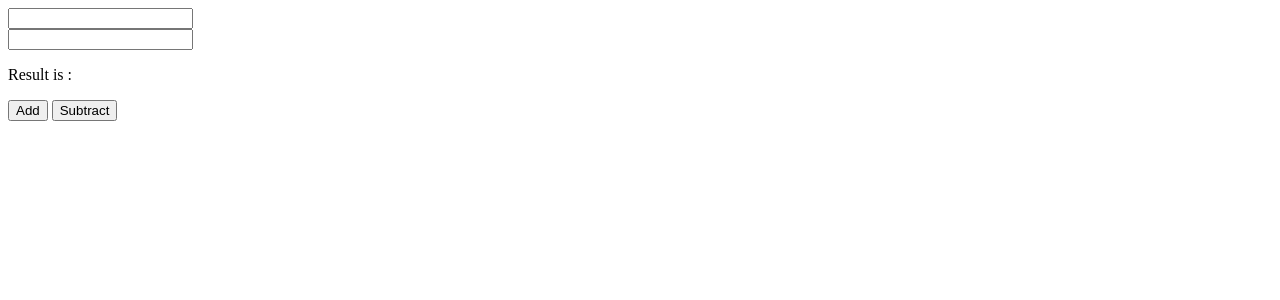
Repository: SHASHIDHAR-as/Spring
Page: spring-jsp-servelets/webapp/Webapp1/src/main/webapp/Calculator.html
An editor plug-in stored every save of this project. The page is shown before and after the next save, followed by the edit.
The browser window is 1280 px wide. The pictures show the whole page.

Above is the page before, as saved 2024-07-31 05:14:38.

After the next save:
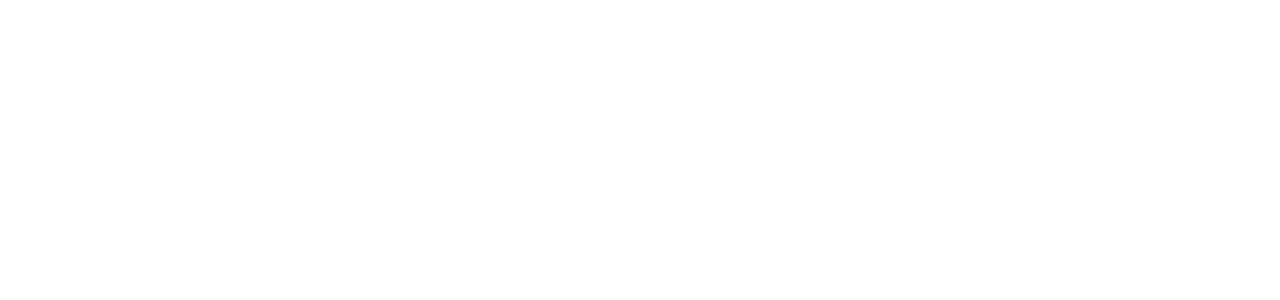
Saved 110 s later.
--- a/spring-jsp-servelets/webapp/Webapp1/src/main/webapp/Calculator.html
+++ b/spring-jsp-servelets/webapp/Webapp1/src/main/webapp/Calculator.html
@@ -3,20 +3,7 @@
 <head>
 <meta charset="UTF-8">
 <title>Calculator</title>
-<script>
-function add(){
-    var num1 = parseFloat(document.getElementById("num1").value);
-    var num2 = parseFloat(document.getElementById("num2").value);
-    document.getElementById("result").innerHTML=" Result is :"+(num1+num2);
-    alert(num1 + num2);
-}
-function sub(){
-    var num1 = parseFloat(document.getElementById("num1").value);
-    var num2 = parseFloat(document.getElementById("num2").value);
-    document.getElementById("result").innerHTML=" Result is :"+(num1-num2);
-    alert(num1 - num2);
-}
-</script>
+<script src="Scripts/calcscript.js></script>
 </head>
 <body>
 <input type="text" id="num1"><br>

After the save that followed:
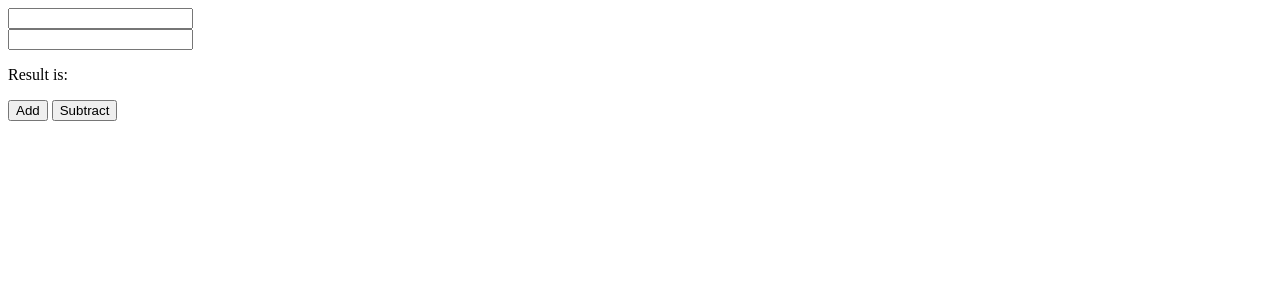
Saved 75 s later.
--- a/spring-jsp-servelets/webapp/Webapp1/src/main/webapp/Calculator.html
+++ b/spring-jsp-servelets/webapp/Webapp1/src/main/webapp/Calculator.html
@@ -3,12 +3,12 @@
 <head>
 <meta charset="UTF-8">
 <title>Calculator</title>
-<script src="Scripts/calcscript.js></script>
+<script src="Scripts/calcscript.js"></script>
 </head>
 <body>
 <input type="text" id="num1"><br>
 <input type="text" id="num2"><br>
-<p id="result">Result is :</p>
+<p id="result">Result is: </p>
 <button onclick="add()">Add</button>
 <button onclick="sub()">Subtract</button>
 </body>
